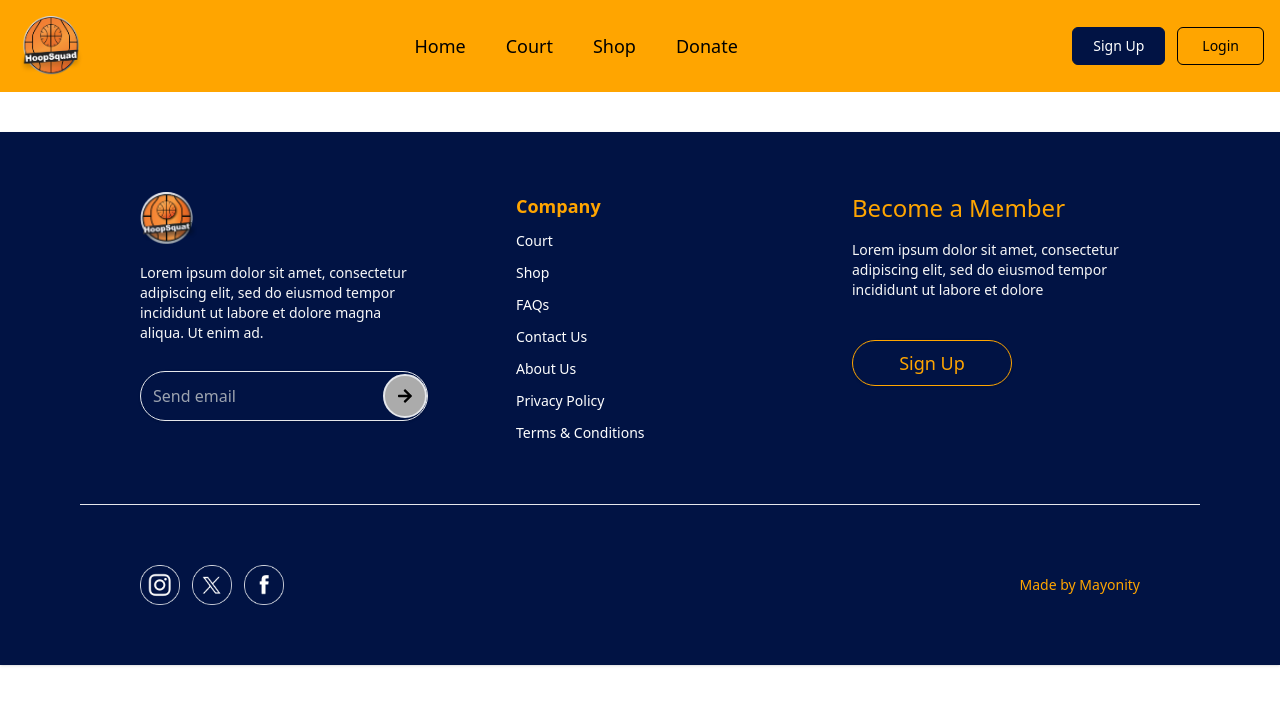
Repository: ManaheelJamil/TechnoFest-competetion
Page: /
These files come from the project's save history. The page is drawn as it stood at one moment and after a run of saves; the edit follows.
The browser window is 1280 px wide. The pictures show the whole page.
The project was rebuilt for these pictures with package versions that can differ from the ones it lists, and the page was loaded fresh each time. The framework's server and built-in components were replaced by stand-ins that run in the browser. Also part of the build but not shown: next.config.mjs.

Above is the page before, as saved 2024-10-13 11:47:24.

### app/layout.js
import localFont from "next/font/local";
import "./globals.css";
import Header from "@/app/compoenent/NavBarComponent"
import FooterComponent from "@/app/compoenent/FooterComponent";
const geistSans = localFont({
  src: "./fonts/GeistVF.woff",
  variable: "--font-geist-sans",
  weight: "100 900",
});
const geistMono = localFont({
  src: "./fonts/GeistMonoVF.woff",
  variable: "--font-geist-mono",
  weight: "100 900",
});

export const metadata = {
  title: "Create Next App",
  description: "Generated by create next app",
};

export default function RootLayout({ children }) {
  return (
    <html lang="en">
      <body
        className={`${geistSans.variable} ${geistMono.variable} antialiased`}
      >
        <Header/>
        {children}
        <FooterComponent/>
      </body>
    </html>
  );
}

### app/page.js

export default function Home() {
  return (
    <div>
      <irtizatask/>
    </div>
  );
}

### app/compoenent/NavBarComponent.js
"use client"
import { RxCross2 } from "react-icons/rx";
import Link from "next/link"
import { IoCartOutline } from "react-icons/io5";
import { IoIosMenu } from "react-icons/io";
import { useEffect, useState } from 'react';
import Image from 'next/image';
import { FiLogOut } from "react-icons/fi";

const NavBarComponent = () => {
    const [open, setOpen] = useState(false)
    const [loggedInUser, setloggedInUser] = useState()
    const toOpen = () => {
        setOpen(true)
    }
    const toClose = () => {
        setOpen(false)
    }



    return (
        <div className='bg-[#FFA500] sticky top-0 left-0 right-0 p-4 flex z-40 items-center justify-between'>

            <div className='flex items-center lg:justify-start justify-between lg:w-20 w-full gap-1'>
                <Image src="/LOGO (1).png" width={60} height={60} alt='image' className="lg:w-[70px] lg:h-[60px] w-[40px] h-[30px]" />
                <IoIosMenu className='text-black text-xl cursor-pointer md:hidden block' onClick={toOpen} />

            </div>
            <div className='md:block hidden '>
                <ul className='flex  items-center   space-x-10'>
                    <li><Link className='font-medium text-lg  cursor-pointer hover:border-2 hover:border-b-black border-x-transparent border-t-transparent   text-black' href='/home'>Home </Link></li>
                    <li><Link className='font-medium text-lg cursor-pointer hover:border-2 hover:border-b-black border-x-transparent border-t-transparent text-black' href='/courts'>Court</Link></li>
                    <li><Link className='font-medium text-lg  cursor-pointer hover:border-2 hover:border-b-black border-x-transparent border-t-transparent text-black' href='#'>Shop</Link></li>
                    <li><Link className='font-medium text-lg  cursor-pointer hover:border-2 hover:border-b-black border-x-transparent border-t-transparent text-black' href='/donate'>Donate</Link></li>
                </ul>
            </div>
            <div className='flex gap-2 items-center'>
                    <Link href="/signup">
                        <button className='md:block hidden py-2 px-5 border-[#011344] text-white bg-[#011344] border ml-4 text-sm rounded-md'>
                            Sign Up
                        </button>
                    </Link>

                    <Link href="/signin">
                        <button className='md:block hidden py-2 px-6 border border-black text-black text-sm ml-1 rounded-md'>
                            Login
                        </button>
                    </Link>
                </div>


            {open && (
                <>
                    <div className='absolute top-0 bg-gray-600 w-full h-screen left-0 right-0 '>
                        <div className='flex justify-between bg-[#FFA500] items-center p-5'>
                            <h1 className=''>Logo</h1>
                            <div className='flex items-center gap-3'>
                                <IoCartOutline className=' text-2xl text-black font-light ' />
                                <RxCross2 className=' text-2xl text-black font-light cursor-pointer ' onClick={toClose} />
                            </div>
                        </div>
                        <ul className='space-y-3 text-sm mt-10 p-3 font-bold'>
                            <li><Link href="/home" className='focus:text-[#FFA500]' onClick={toClose}>Home</Link></li>
                            <li><Link href="/courts" className='focus:text-[#FFA500]' onClick={toClose}>Court</Link></li>
                            <li><Link href="/" className='focus:text-[#FFA500]' onClick={toClose}>Shop</Link></li>
                            <li><Link href="/donate" className='focus:text-[#FFA500]' onClick={toClose}>Donate</Link></li>
                            {loggedInUser ? (
                                <>
                                    <li onClick={handleLogout}><Link href="/signup" className='focus:text-[#FFA500]' onClick={toClose}>Logout</Link></li>
                                </>
                            ) : (
                                <>
                                    <li><Link href="/signin" className='focus:text-[#FFA500]' onClick={toClose}>Login</Link></li>
                                    <li><Link href="/signup" className='focus:text-[#FFA500]' onClick={toClose}>Signup</Link></li>
                                </>
                            )}
                        </ul>
                    </div>
                </>
            )}

        </div>

    )
}

export default NavBarComponent

### app/compoenent/FooterComponent.js

import React from 'react'
import { FaArrowRight } from "react-icons/fa"
import Link from 'next/link'
import Image from "next/image"


const FooterComponent = () => {
     return (
        <div className='shadow bg-[#011344] md:p-10 mt-10'>
            <div className='md:flex p-5 flex-wrap xl:justify-between 2xl:justify-evenly  md:mx-20'>
                <div>
                    <Image src="/LOGO.png" width={60} height={60} alt='image' />
                    <p className='font-light 2xl:text-lg md:text-sm text-xs md:w-72 text-[#F8F8F8] mt-4'>Lorem ipsum dolor sit amet, consectetur adipiscing elit, sed do eiusmod tempor incididunt ut labore et dolore magna aliqua. Ut enim ad.</p>
                    <div className='relative w-72 border  md:block hidden text-black shadow flex items-center p-3 rounded-full 2xl:mt-10 mt-7 '>
                        <input type='text' placeholder='Send email' className='text-black bg-transparent' />
                        <FaArrowRight className="absolute text-black w-11 h-11 rounded-full right-0 text-4xl border-2 2xl:p-2 p-3 font-light  bg-[#ABABAB]   top-[2px]" />
                    </div>
                </div>
                <hr className='my-10 block md:hidden' />
                <div className='flex flex-wrap justify-between md:gap-40 md:mt-0 mt-10 gap-8'>
                    <div>
                        <ul className='2xl:space-y-3 md:space-y-2 md:w-44 w-28 text-white '>
                            <li className='text-[#FFA500] 2xl:text-xl md:text-lg text-sm font-bold '> Company</li>
                            <li><Link href="/courts" className='md:!text-sm text-xs'>Court</Link></li>
                            <li><Link href="/" className='md:!text-sm text-xs'>Shop</Link></li>
                            <li><Link href="/faq" className='md:!text-sm text-xs'>FAQs</Link></li>
                            <li><Link href="/contact-us" className='md:!text-sm text-xs'>Contact Us</Link></li>

                            <li><Link href="/about-us" className='md:!text-sm text-xs'>About Us</Link></li>
                            <li><Link href="/privacy-policy" className='md:!text-sm text-xs'>Privacy Policy</Link></li>
                            <li><Link href="/terms-conditions" className='md:!text-sm text-xs'>Terms & Conditions</Link></li>
                        </ul>

                    </div>
                    <div>
                        <h1 className='md:text-2xl text-sm text-[#FFA500]'>Become a Member</h1>
                        <p className='font-light 2xl:text-lg md:text-sm text-xs md:w-72 text-[#F8F8F8] mt-4'>Lorem ipsum dolor sit amet, consectetur adipiscing elit, sed do eiusmod tempor incididunt ut labore et dolore

                        </p>
                        <Link href="/signup">
                                <div className='relative 2xl:w-52 md:w-40 w-28 border md:mt-10 mt-5 text-black shadow text-center border-[#FFA500] 2xl:p-3 p-2 cursor-pointer rounded-full '>
                                    <h1 className='text-[#FFA500] 2xl:text-2xl md:text-lg text-xs  text-center'> Sign Up</h1>
                                </div>
                            </Link>


                    </div>
                </div>
            </div>
            <div className='relative w-44 m-5  border  block md:hidden text-black shadow flex items-center p-[10px] rounded-full 2xl:mt-10 mt-7 '>
                <input type='text' placeholder='Send email' className='text-black  text-xs bg-[#333333]' />
                <FaArrowRight className="absolute text-black w-8 h-8 rounded-full right-0 text-4xl border-2  p-2 font-light  bg-[#ABABAB]   top-[2px]" />
            </div>
            <hr className='md:m-10  my-5' />
            <div className='flex p-5  justify-between items-center md:mx-20'>
                <div className='flex 2xl:gap-5 gap-3 items-center md:mx-0 mx-auto md:w-80'>
                    <Image src="/insta.png" alt="insta" width={56} height={56} className='md:w-10 w-8 md:h-10 h-8' />
                    <Image src="/twitter.png" alt="insta" width={56} height={56} className='md:w-10 w-8 md:h-10 h-8' />
                    <Image src="/facebook.png" alt="insta" width={56} height={56} className='md:w-10 w-8 md:h-10 h-8' />
                </div>
                <div >
                    <p className='text-[#FFA500] md:block hidden text-sm'>Made by Mayonity</p>
                </div>

            </div>
            <div>
                <p className='bg-[#FFA500] md:hidden block text-sm text-center p-3 font-bold w-full text-black'>Madee by Mayonity</p>

            </div>
        </div>
    )
}

export default FooterComponent

### app/compoenent/irtizatask.js
import React from 'react'

const Irtizatask = () => {
  return (
    <div >
        <div className='flex flex-col justify-center'>
        <p>
            lets do it hurry
        </p>
        <p>
            empowering the future,
            <p>
            One Innovator, One Creator, One Trailblazer
            </p>
            at a Time
        </p>

            <p>
            Join us as a Teknofest volunteer and become the driving force behind cutting-edge innovation. Make an impact by supporting young minds and helping shape the world of tomorrow.
            </p>
            <button>
                Become a volunteer
            </button>
            </div>

    </div>
  )
}

export default Irtizatask

Loaded but not shown: app/globals.css (common file); tailwind.config.js (common file)

After the next 4 saves:
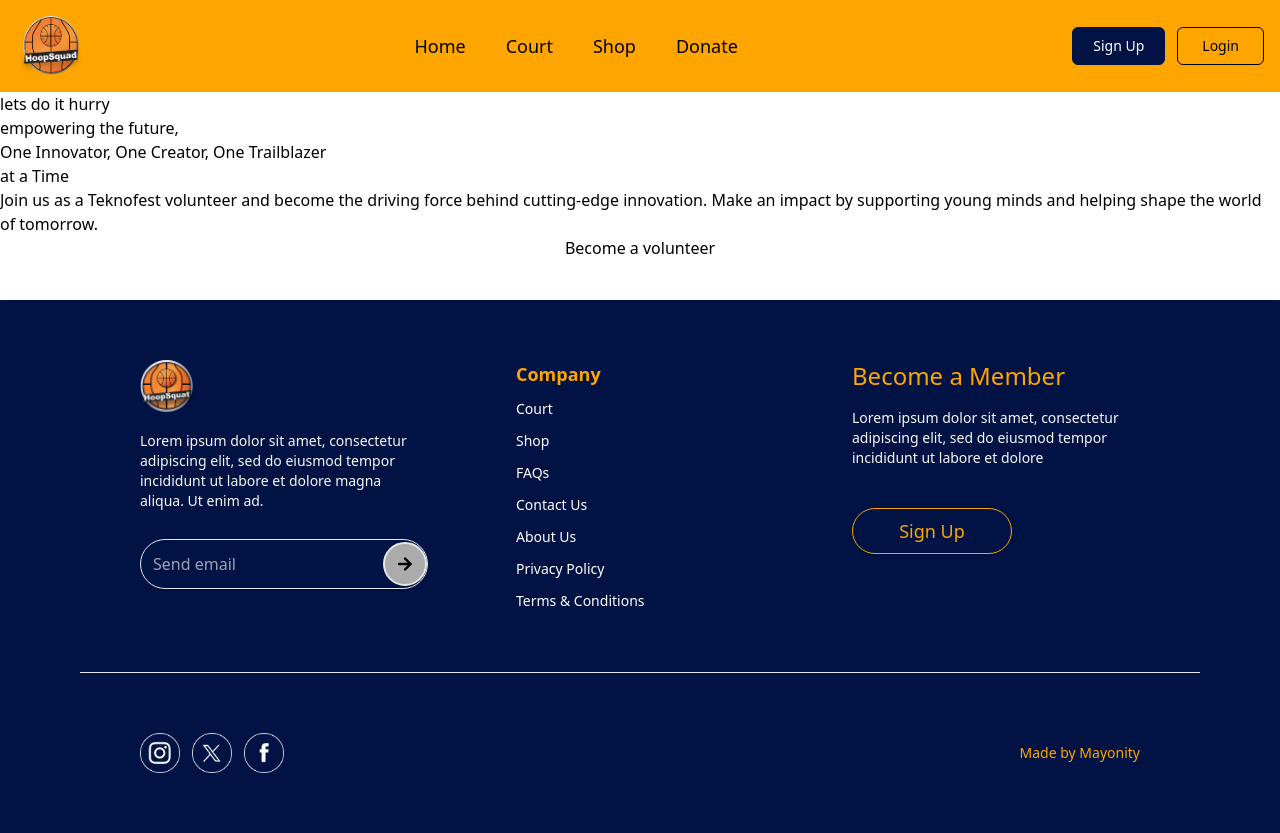
The 4 saves are shown as one change because 3 did not build or start.
The last was saved 40 s later.
--- a/app/page.js
+++ b/app/page.js
@@ -1,8 +1,8 @@
-
+import Irtizatask from "./compoenent/irtizatask";
 export default function Home() {
   return (
     <div>
-      <irtizatask/>
+      <Irtizatask/>
     </div>
   );
 }
